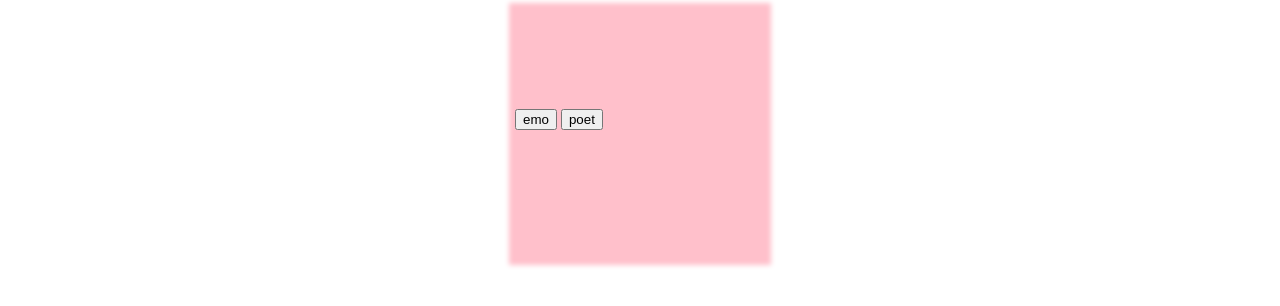
Repository: Bluesouls/eliauk.github.io
Page: Ajax学习笔记/day01/code/index.html
An editor plug-in stored every save of this project. The page is shown before and after the next save, followed by the edit.
The browser window is 1280 px wide. The pictures show the whole page.

Above is the page before, as saved 2022-04-24 16:23:20.

After the next save:
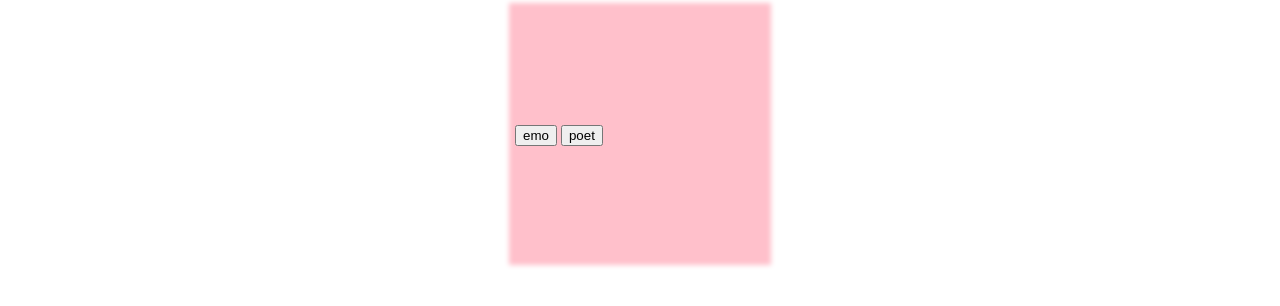
Saved 35 s later.
--- a/Ajax学习笔记/day01/code/index.html
+++ b/Ajax学习笔记/day01/code/index.html
@@ -26,11 +26,12 @@
 <body>
   <div class="box">
     <div class="content"></div>
-    <button onclick="change()">emo</button>
-    <button onclick="change2()">poet</button>
+
     <p class="title"></p>
     <p class="author"></p>
     <p class="main"></p>
+    <button onclick="change()">emo</button>
+    <button onclick="change2()">poet</button>
   </div>
 
   <script>
